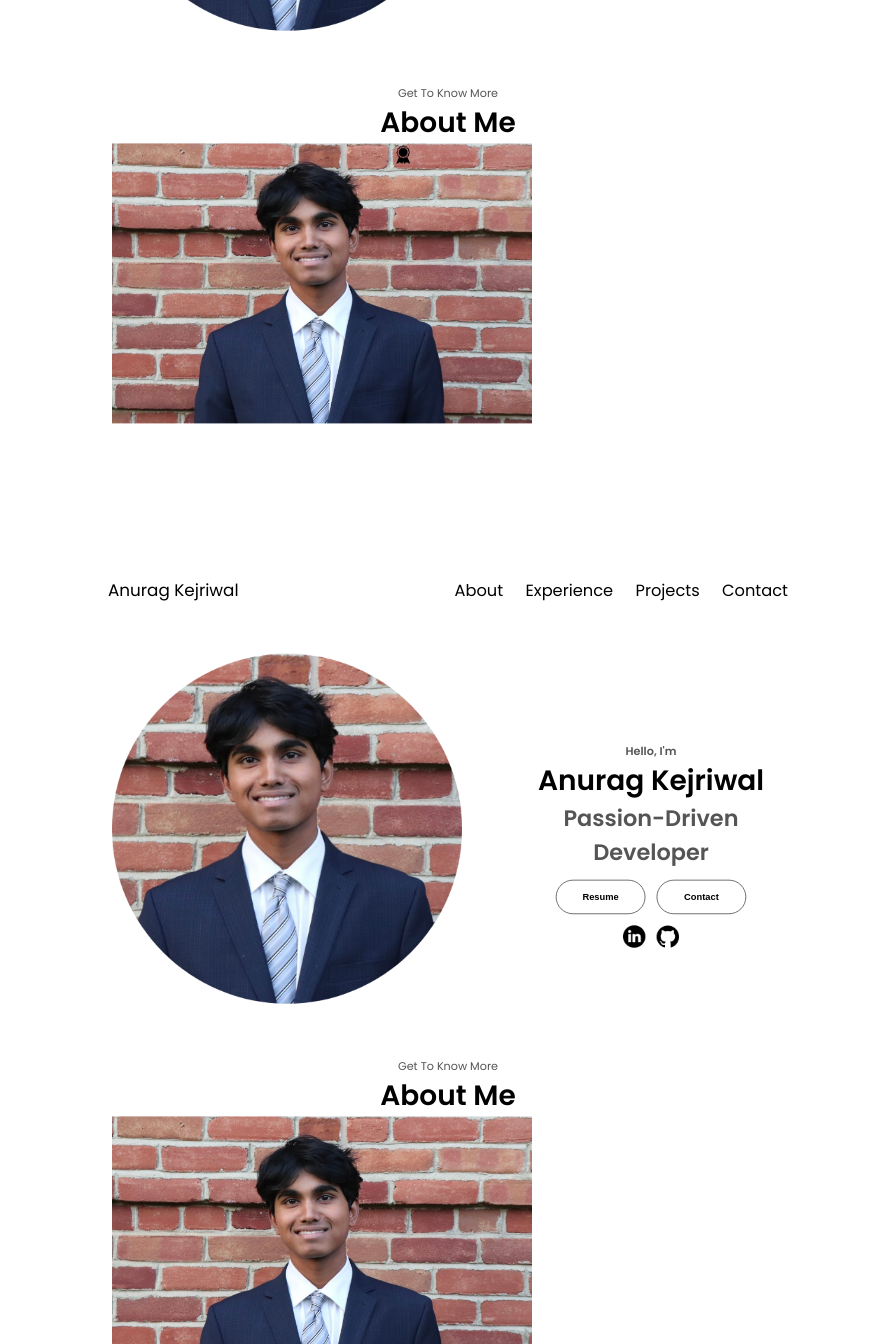
Repository: anuragkej/OldPortfolio
Page: index.html
These files come from the project's save history. The page is drawn as it stood at one moment and after the next save; the edit follows.
The browser window is 1280 px wide. The pictures show the part of the page from y = 607 to 2527 px (the page is 2779 px tall before and 1390 px after), at 70% of full size.

Above is the page before, as saved 2024-05-25 22:33:19.

After the next save:
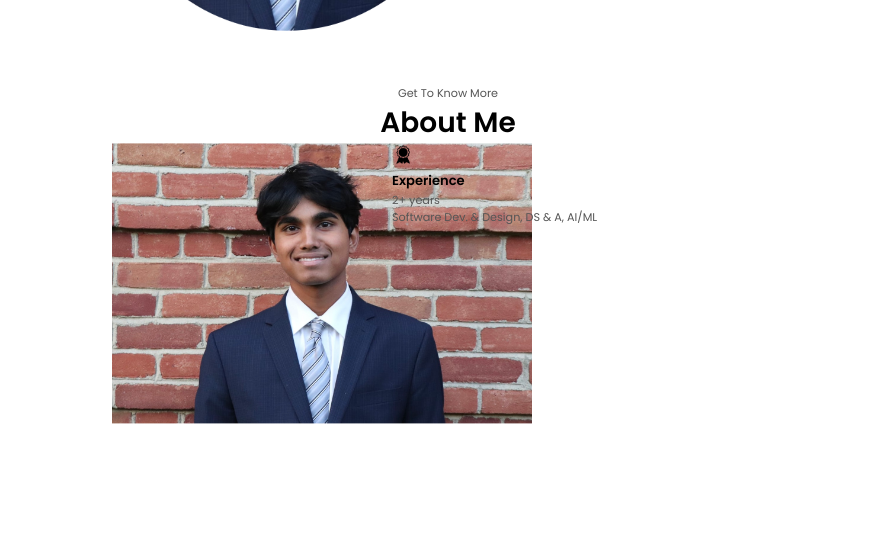
Saved 6 min 48 s later.
--- a/index.html
+++ b/index.html
@@ -67,7 +67,9 @@
         <div class="about-details-container">
             <div class="about-containers">
                 <div class="details-container">
-                    <img src="./assets/experience.png" alt="Experience icon" class="icon">
+                    <img src="./assets/experience.png" alt="Experience icon" class="icon"/>
+                    <h3>Experience</h3>
+                    <p>2+ years<br>Software Dev. & Design, DS & A, AI/ML</p>
                 </div>
             </div>
         </div>
@@ -77,75 +79,3 @@
 
 </body>
 </html>
-<!DOCTYPE html>
-<html lang="en">
-<head>
-    <meta charset="UTF-8">
-    <meta name="viewport" content="width=device-width, initial-scale=1.0">
-    <title>Personal Portfolio</title>
-    <link rel="stylesheet" href="style.css">
-    <link rel="stylesheet" href="mediaqueries.css">
-</head>
-<body>
-    <nav id="desktop-nav">
-        <div class="logo">Anurag Kejriwal</div>
-        <div>
-            <ul class="nav-links">
-                <li><a href="#about">About</a></li>
-                <li><a href="#experience">Experience</a></li>
-                <li><a href="#projects">Projects</a></li>
-                <li><a href="#contact">Contact</a></li>
-            </ul>
-        </div>
-    </nav>
-    <nav id="hamburger-nav">
-        <div class="logo">Anurag Kejriwal</div>
-        <div class="hamburger-menu">
-            <div class="hamburger-icon" onclick="toggleMenu()">
-                <span></span>
-                <span></span>
-                <span></span>
-            </div>
-            <div class="menu-links">
-                <li><a href="#about" onclick="toggleMenu()" >About</a></li>
-                <li><a href="#experience" onclick="toggleMenu()">Experience</a></li>
-                <li><a href="#projects" onclick="toggleMenu()">Projects</a></li>
-                <li><a href="#contact" onclick="toggleMenu()">Contact</a></li>
-            </div>
-        </div>
-    </nav>
-    <section id="profile">
-        <div class="section_pic-container">
-            <img src="./assets/anuragprofpic.png" alt="Anurag Kejriwal profile picture">
-        </div>
-        <div class="section__text">
-            <p class="section__text__p1">Hello, I'm</p>
-            <h1 class="title">Anurag Kejriwal</h1>
-            <p class="section__text__p2">Passion-Driven Developer</p>
-            <div class="btn-container">
-                <button class="btn btn-color-2"
-                onclick="window.open('./assets/AnuragKejriwalResume_2026.pdf')">Resume</button>
-                <button class="btn btn-color-1"
-                onclick="location.href='./#contact'">Contact</button>
-            </div>
-            <div id="socials-container">
-                <img src="./assets/linkedin.png" alt="My LinkedIn Profile"
-                class ="icon" onclick="location.href='https://linkedin.com/in/anuragkejriwal1/'">
-                <img src="./assets/github.png" alt="My Github Profile"
-                class ="icon" onclick="location.href='https://github.com/anuragkej'">
-            </div>
-        </div>
-    </section>
-    <section id="about">
-        <p class="section__text__p1">Get To Know More</p>
-        <h1 class="title">About Me</h1>
-        <div class="section-container">
-        <div class="section__pic-container">
-            <img src="./assets/20231026_132825_F9CEAA.jpeg" alt="Profile Picture" class="about-pic"/>
-        </div>
-        </div>
-    </section>
-    <script src="script.js"></script>
-
-</body>
-</html>
